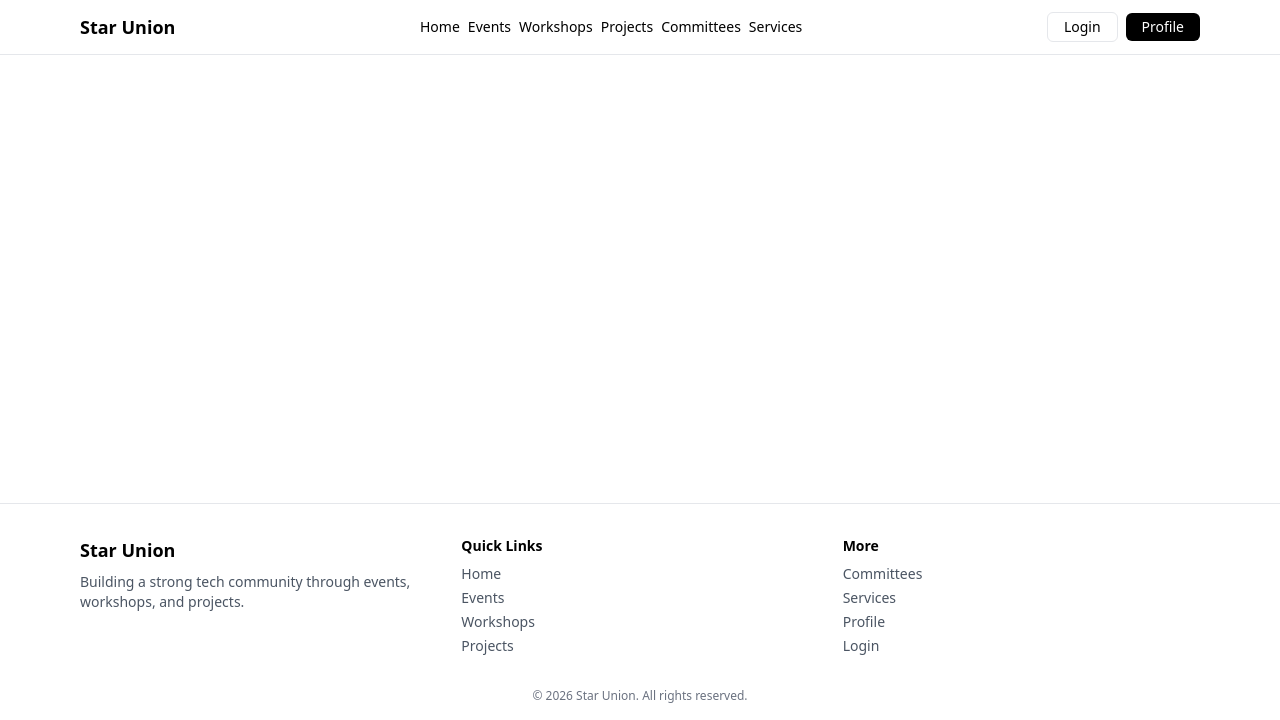
Repository: Frontend-Committee/StarUnion-Website
Page: /
The author's editor kept a copy of each file at every save. The page is drawn from the files as they stood at one save, then again after the next save.
The browser window is 1280 px wide. The pictures show the whole page.
The project was rebuilt for these pictures with package versions that can differ from the ones it lists, and the page was loaded fresh each time. Also part of the build but not shown: vite.config.js.

Above is the page before, as saved 2026-02-25 04:28:44.

After the next save:
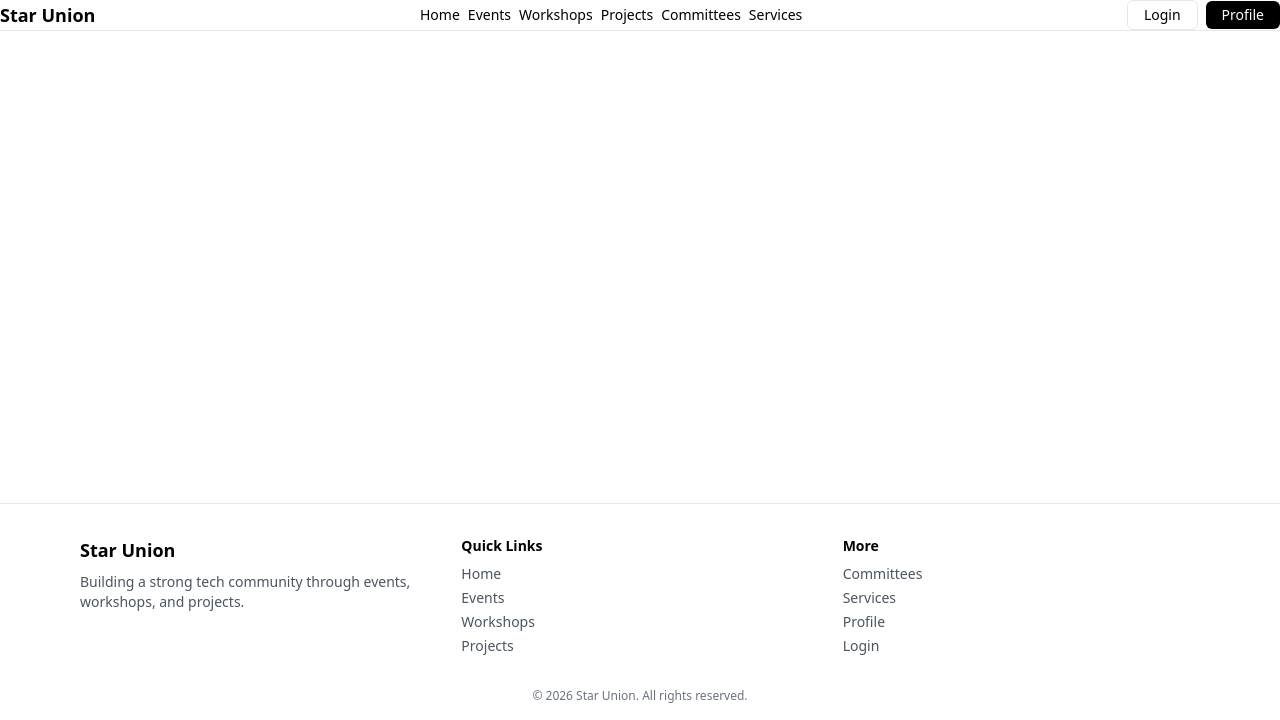
Saved 5 min 42 s later.
--- a/src/components/common/Navbar.jsx
+++ b/src/components/common/Navbar.jsx
@@ -4,7 +4,7 @@
 export default function Navbar() {
   return (
     <nav className="bg-white border-b">
-      <div className="flex items-center justify-between max-w-6xl px-4 py-3 mx-auto">
+      <div className="flex items-center justify-between ">
         <h1 className="text-lg font-bold">Star Union</h1>
 
         <div className="items-center hidden gap-2 text-sm font-medium md:flex">
